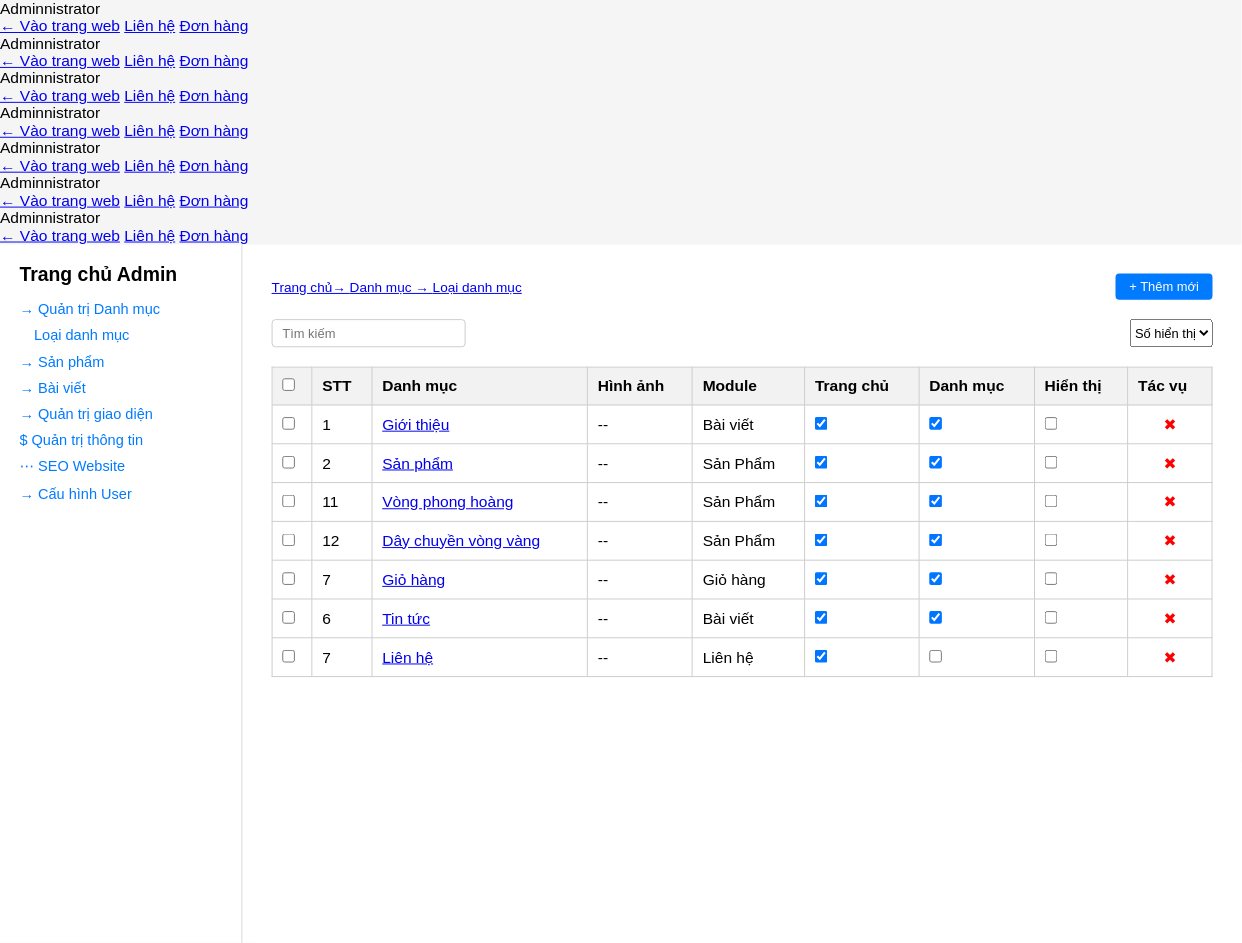
Repository: TranTanDat0606/Du-An-1
Page: Admin]/admin.html
The author's editor kept a copy of each file at every save. The page is drawn from the files as they stood at one save, then again after the next save.
The browser window is 1280 px wide. The pictures show the whole page, at 97% of full size.

Above is the page before, as saved 2025-07-31 08:39:21.

### Admin]/admin.html
<!DOCTYPE html>
<html lang="vi">
<head>
    <meta charset="UTF-8" />
    <meta name="viewport" content="width=device-width, initial-scale=1.0"/>
    <title>Quản lý danh mục</title>
    <link rel="stylesheet" href="admin.css" />
</head>
<body>
<header class="admin-navbar">
  <div class="admin-navbar-item left">Adminnistrator</div>
  <a href="#" class="admin-navbar-item">← Vào trang web</a>
  <a href="#" class="admin-navbar-item">Liên hệ</a>
  <a href="#" class="admin-navbar-item">Đơn hàng</a>
</header>
<header class="admin-navbar">
  <div class="admin-navbar-item left">Adminnistrator</div>
  <a href="#" class="admin-navbar-item">← Vào trang web</a>
  <a href="#" class="admin-navbar-item">Liên hệ</a>
  <a href="#" class="admin-navbar-item">Đơn hàng</a>
</header>
<header class="admin-navbar">
  <div class="admin-navbar-item left">Adminnistrator</div>
  <a href="#" class="admin-navbar-item">← Vào trang web</a>
  <a href="#" class="admin-navbar-item">Liên hệ</a>
  <a href="#" class="admin-navbar-item">Đơn hàng</a>
</header>
<header class="admin-navbar">
  <div class="admin-navbar-item left">Adminnistrator</div>
  <a href="#" class="admin-navbar-item">← Vào trang web</a>
  <a href="#" class="admin-navbar-item">Liên hệ</a>
  <a href="#" class="admin-navbar-item">Đơn hàng</a>
</header>
<header class="admin-navbar">
  <div class="admin-navbar-item left">Adminnistrator</div>
  <a href="#" class="admin-navbar-item">← Vào trang web</a>
  <a href="#" class="admin-navbar-item">Liên hệ</a>
  <a href="#" class="admin-navbar-item">Đơn hàng</a>
</header>
<header class="admin-navbar">
  <div class="admin-navbar-item left">Adminnistrator</div>
  <a href="#" class="admin-navbar-item">← Vào trang web</a>
  <a href="#" class="admin-navbar-item">Liên hệ</a>
  <a href="#" class="admin-navbar-item">Đơn hàng</a>
</header>
<header class="admin-navbar">
  <div class="admin-navbar-item left">Adminnistrator</div>
  <a href="#" class="admin-navbar-item">← Vào trang web</a>
  <a href="#" class="admin-navbar-item">Liên hệ</a>
  <a href="#" class="admin-navbar-item">Đơn hàng</a>
</header>
    <div class="admin-container">
    <aside class="sidebar">
    <h2>Trang chủ Admin</h2>
    <ul>
        <a href="#"><li>→ Quản trị Danh mục</li></a>
    <ul class="submenu">
            <li><a href="#">Loại danh mục</a></li>
    </ul>
        </li>
        <a href="#"><li>→ Sản phẩm</li></a>
        <a href="#"><li>→ Bài viết</li></a>
        <a href="#"><li>→ Quản trị giao diện</li></a>
        <a href="#"><li>$ Quản trị thông tin</li></a>
        <a href="#"><li>⋯ SEO Website</li></a>
        <a href="#"><li>→ Cấu hình User</li></a>
    </ul>
    </aside>
    <main class="main-content">
    <div class="header-bar">
        <span class="breadcrumbs"><a href="#">Trang chủ→ </a><a href="#">Danh mục → </a><a href="#">Loại danh mục</a></span>
        <button class="btn-new">+ Thêm mới</button>
    </div>

    <div class="table-toolbar">
        <input type="text" class="search-input" placeholder="Tìm kiếm" />
        <select>
    <option>Số hiển thị</option>
        </select>
    </div>
    <table>
        <thead>
    <tr>
            <th><input type="checkbox" /></th>
            <th>STT</th>
            <th>Danh mục</th>
            <th>Hình ảnh</th>
            <th>Module</th>
            <th>Trang chủ</th>
            <th>Danh mục</th>
            <th>Hiển thị</th>
            <th>Tác vụ</th>
    </tr>
        </thead>
        <tbody>
    <tr>
            <td><input type="checkbox" /></td>
            <td>1</td>
            <td><a href="#">Giới thiệu</a></td>
            <td>--</td>
            <td>Bài viết</td>
            <td><input type="checkbox" checked /></td>
            <td><input type="checkbox" checked /></td>
            <td><input type="checkbox" /></td>
            <td class="text-danger">✖</td>
    </tr>
    <tr>
            <td><input type="checkbox" /></td>
            <td>2</td>
            <td><a href="#">Sản phẩm</a></td>
            <td>--</td>
            <td>Sản Phẩm</td>
            <td><input type="checkbox" checked /></td>
            <td><input type="checkbox" checked /></td>
            <td><input type="checkbox" /></td>
            <td class="text-danger">✖</td>
    </tr>
    <tr>
        <td><input type="checkbox" /></td>
        <td>11</td>
        <td><a href="#">Vòng phong hoàng</a></td>
        <td>--</td>
        <td>Sản Phẩm</td>
        <td><input type="checkbox" checked /></td>
        <td><input type="checkbox" checked /></td>
        <td><input type="checkbox" /></td>
        <td class="text-danger">✖</td>
    </tr>
    <tr>
        <td><input type="checkbox" /></td>
        <td>12</td>
        <td><a href="#">Dây chuyền vòng vàng</a></td>
        <td>--</td>
        <td>Sản Phẩm</td>
        <td><input type="checkbox" checked /></td>
        <td><input type="checkbox" checked /></td>
        <td><input type="checkbox" /></td>
        <td class="text-danger">✖</td>
    </tr>
    <tr>
        <td><input type="checkbox" /></td>
        <td>7</td>
        <td><a href="#">Giỏ hàng</a></td>
        <td>--</td>
        <td>Giỏ hàng</td>
        <td><input type="checkbox" checked /></td>
        <td><input type="checkbox" checked /></td>
        <td><input type="checkbox" /></td>
        <td class="text-danger">✖</td>
    </tr>
    <tr>
        <td><input type="checkbox" /></td>
        <td>6</td>
        <td><a href="#">Tin tức</a></td>
        <td>--</td>
        <td>Bài viết</td>
        <td><input type="checkbox" checked /></td>
        <td><input type="checkbox" checked /></td>
        <td><input type="checkbox"/></td>
        <td class="text-danger">✖</td>
    </tr>
    <tr>
        <td><input type="checkbox" name="" id=""></td>
        <td>7</td>
        <td><a href="#"> Liên hệ </a></td>
        <td>--</td>
        <td>Liên hệ</td>
        <td><input type="checkbox" checked></td>
        <td><input type="checkbox"></td>
        <td><input type="checkbox"></td>
        <td class="text-danger">✖</td>
    </tr>
        </tbody>
    </table>
    </main>
    </div>
</body>
</html>

### Admin]/admin.css
* {
    margin: 0;
    padding: 0;
    box-sizing: border-box;
    font-family: sans-serif;
}
/* header */
/* Topbar admin */
.topbar {
    background-color: #2f2e38;
    color: white;
    display: flex;
    justify-content: space-between;
    align-items: center;
    padding: 20px 25px;
    font-size: 24px;
}

.topbar-left {
    font-weight: bold;

}

.topbar-right a {
    color: white;
    text-decoration: none;
    margin-left: 100px;
    border-left:4px solid #555;
    padding-left: 170px
}

.topbar-right a:first-child {
    border-left: none;
    padding-left: 0;
}
body {
    background: #f5f5f5;
}

.admin-container {
    display: flex;
    height: 100vh;
}

/* Sidebar */
.sidebar {
    width: 250px;
    background: #fff;
    border-right: 1px solid #ccc;
    padding: 20px;
}

.sidebar h2 {
    margin-bottom: 15px;
    font-size: 20px;
}

.sidebar ul {
    list-style: none;
}

.sidebar li {
    margin-bottom: 10px;
    font-size: 15px;
}

.sidebar .submenu {
    margin-left: 15px;
}

.sidebar a {
    color: #007bff;
    text-decoration: none;
}

/* Main Content */
.main-content {
    flex: 1;
    padding: 30px;
    background: #fff;
}

.header-bar {
    display: flex;
    justify-content: space-between;
    align-items: center;
}

.breadcrumbs {
    color: #555;
    font-size: 14px;
}

.btn-new {
    background: #007bff;
    color: #fff;
    border: none;
    padding: 6px 14px;
    border-radius: 4px;
    cursor: pointer;
}

.table-toolbar {
    margin: 20px 0;
    display: flex;
    justify-content: space-between;
}

.search-input {
    padding: 6px 10px;
    width: 200px;
    border: 1px solid #ccc;
    border-radius: 4px;
}

table {
    width: 100%;
    border-collapse: collapse;
    background: #fff;
}

table th,
table td {
    border: 1px solid #ccc;
    padding: 10px;
    text-align: left;
}

table th {
    background: #f2f2f2;
}

.text-danger {
    color: red;
    text-align: center;
}

After the next save:
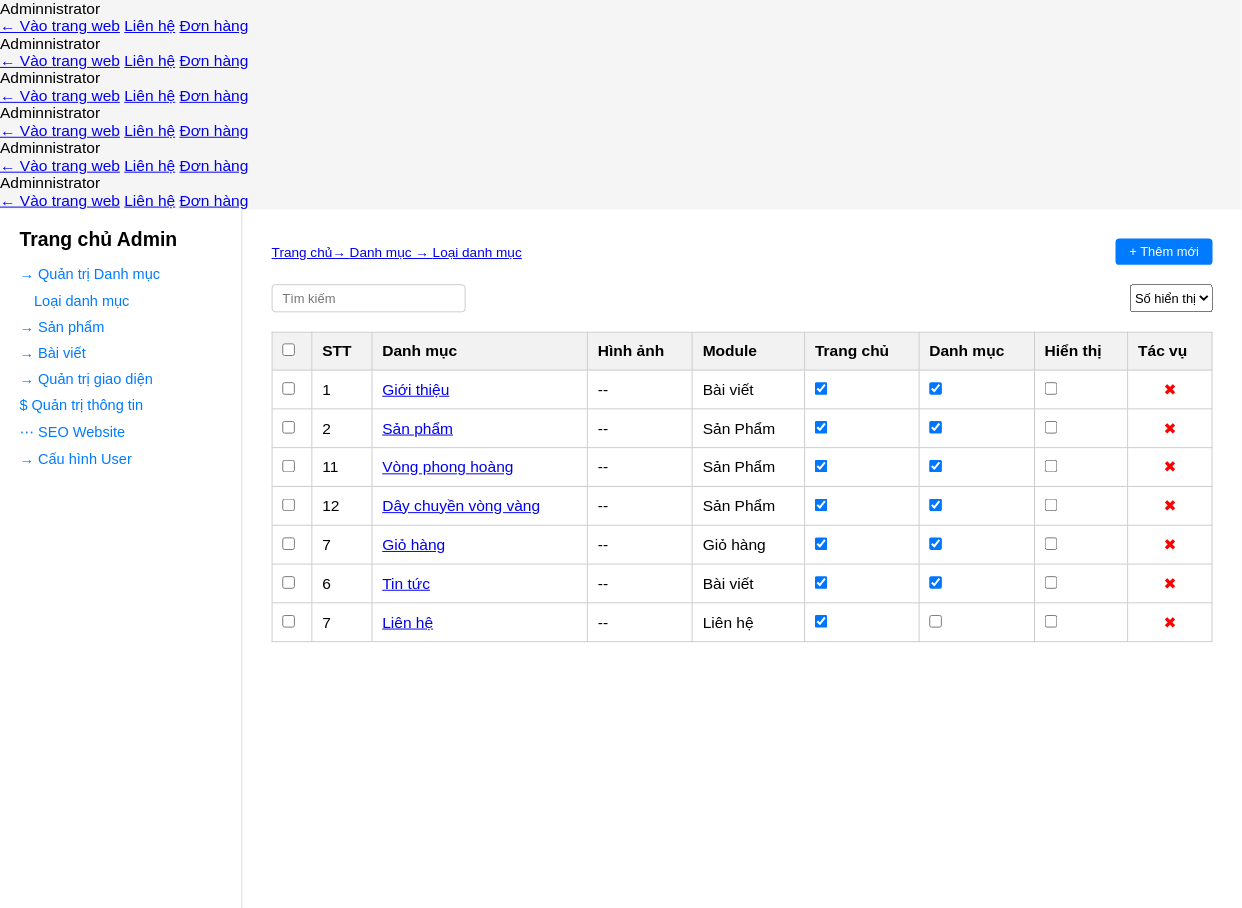
Saved 14 s later.
--- a/Admin]/admin.html
+++ b/Admin]/admin.html
@@ -7,12 +7,6 @@
     <link rel="stylesheet" href="admin.css" />
 </head>
 <body>
-<header class="admin-navbar">
-  <div class="admin-navbar-item left">Adminnistrator</div>
-  <a href="#" class="admin-navbar-item">← Vào trang web</a>
-  <a href="#" class="admin-navbar-item">Liên hệ</a>
-  <a href="#" class="admin-navbar-item">Đơn hàng</a>
-</header>
 <header class="admin-navbar">
   <div class="admin-navbar-item left">Adminnistrator</div>
   <a href="#" class="admin-navbar-item">← Vào trang web</a>
